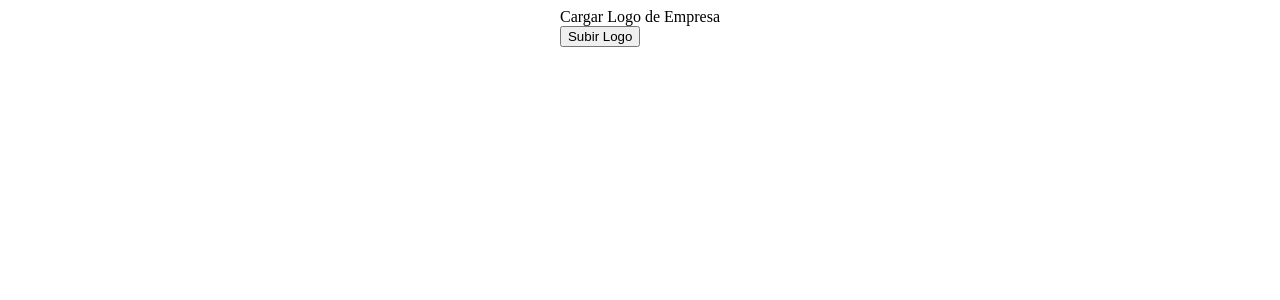
Repository: DeboradorDeMundos/programa_cotizacion
Page: http://localhost/Cotizacion_css_ITred_Spa_/php/nueva_cotizacion/cargar_logo_empresa.php
These files come from the project's save history. The page is drawn as it stood at one moment and after the next save; the edit follows.
The browser window is 1280 px wide. The pictures show the whole page.
The page is run by PHP 8.4 with error messages shown; the project is at /var/www/html/.

Above is the page before, as saved 2024-09-06 11:36:12.

### php/nueva_cotizacion/cargar_logo_empresa.php
<!--
Sitio Web Creado por ITred Spa.
Direccion: Guido Reni #4190
Pedro Agui Cerda - Santiago - Chile
contacto@itred.cl o itred.spa@gmail.com
https://www.itred.cl
Creado, Programado y Diseñado por ITred Spa.
BPPJ
-->

<!-- ------------------------------------------------------------------------------------------------------------
    ------------------------------------- INICIO ITred Spa Cargar Logo.PHP --------------------------------------
    ------------------------------------------------------------------------------------------------------------- -->

<!-- ------------------------
     -- INICIO CONEXION BD --
     ------------------------ -->

     <?php
// Establece la conexión a la base de datos de ITred Spa
$conn = new mysqli('localhost', 'root', '', 'ITredSpa_bd');
?>
<!-- ---------------------
     -- FIN CONEXION BD --
     --------------------- -->


     <?php
// Procesar la subida de la imagen cuando se envía el formulario
$upload_dir = '../../imagenes/cotizacion/'; // Ruta relativa desde el archivo PHP
$empresa_id_foto = null;

if ($_SERVER['REQUEST_METHOD'] === 'POST') {
    if (isset($_FILES['logo_upload']) && $_FILES['logo_upload']['error'] == UPLOAD_ERR_OK) {
        $tmp_name = $_FILES['logo_upload']['tmp_name'];
        $name = basename($_FILES['logo_upload']['name']);

        // Validar el tipo de archivo
        $allowed_types = ['image/jpeg', 'image/png', 'image/gif'];
        if (!in_array($_FILES['logo_upload']['type'], $allowed_types)) {
            die("Error: Tipo de archivo no permitido.");
        }

        $upload_file = $upload_dir . $name;

        // Mover el archivo cargado al directorio de destino
        if (move_uploaded_file($tmp_name, $upload_file)) {
            echo "Imagen subida correctamente.";

            // Insertar la ruta de la foto en la tabla FotosPerfil
            $sql_foto = "INSERT INTO C_FotosPerfil (ruta_foto) VALUES (?)";
            $stmt_foto = $conn->prepare($sql_foto);
            $stmt_foto->bind_param("s", $upload_file);
            if ($stmt_foto->execute()) {
                echo "Foto del perfil insertada correctamente.";
                $empresa_id_foto = $conn->insert_id;
            } else {
                die("Error al insertar la foto del perfil: " . $stmt_foto->error);
            }
            $stmt_foto->close();
        } else {
            die("Error al subir la imagen.");
        }
    } else {
        echo "No se subió una imagen.";
    }
}
?>

<!DOCTYPE html>
<html lang="es">
<head>
    <meta charset="UTF-8">
    <meta name="viewport" content="width=device-width, initial-scale=1.0">
    <title>Subir Logo de Empresa</title>
    <link rel="stylesheet" href="../../css/nueva_cotizacion/cargar_logo_empresa.css"> <!-- Llamada al archivo CSS externo -->
</head>
<body>

<div class="box-6 logo-box">
    <form action="" method="post" enctype="multipart/form-data">
        <label for="logo-upload" class="logo-container">
            <?php if (isset($row['ruta_foto']) && !empty($row['ruta_foto'])): ?>
                <img src="<?php echo htmlspecialchars($row['ruta_foto'], ENT_QUOTES, 'UTF-8'); ?>" alt="Foto de perfil" id="logo-preview" class="logo" onclick="document.getElementById('logo-upload').click();" />
            <?php else: ?>
                <span id="logo-text" onclick="document.getElementById('logo-upload').click();">Cargar Logo de Empresa</span>
            <?php endif; ?>
            <input type="file" id="logo-upload" name="logo_upload" accept="image/*" style="display:none;" onchange="previewImage(event)">
        </label>
        <button type="submit">Subir Logo</button>
    </form>
</div>

<script src="../../js/nueva_cotizacion/cargar_logo_empresa.js"></script> <!-- Llamada al archivo JS externo -->
</body>
</html>




     <!-- ------------------------------------------------------------------------------------------------------------
    -------------------------------------- FIN ITred Spa Cargar Logo .PHP ----------------------------------------
    ------------------------------------------------------------------------------------------------------------- -->

<!--
Sitio Web Creado por ITred Spa.
Direccion: Guido Reni #4190
Pedro Agui Cerda - Santiago - Chile
contacto@itred.cl o itred.spa@gmail.com
https://www.itred.cl
Creado, Programado y Diseñado por ITred Spa.
BPPJ
-->

### css/nueva_cotizacion/cargar_logo_empresa.css

/*
Sitio Web Creado por ITred Spa.
Direccion: Guido Reni #4190
Pedro Agui Cerda - Santiago - Chile
contacto@itred.cl o itred.spa@gmail.com
https://www.itred.cl
Creado, Programado y Diseñado por ITred Spa.
BPPJ
*/


/* --------------------------------------------------------------------------------------------------------------
    -------------------------------------- INICIO ITred Spa Cargar Logo Empresa .CSS --------------------------------------
    ------------------------------------------------------------------------------------------------------------- */
    .row {
        display: flex;
        flex-wrap: wrap;
        margin-bottom: 20px;
      }

    .logo-box {
        display: flex;
        align-items: center;
        justify-content: center;
      }

      .logo-container {
        display: flex;
        align-items: center;
        cursor: pointer;
      }

      .logo {
        max-width: 300px;
        height: auto;
        margin-right: 10px;
      }


/* --------------------------------------------------------------------------------------------------------------
    ---------------------------------------- FIN ITred Spa Cargar Logo Empresa .CSS ---------------------------------------
    ------------------------------------------------------------------------------------------------------------- */


/*
Sitio Web Creado por ITred Spa.
Direccion: Guido Reni #4190
Pedro Agui Cerda - Santiago - Chile
contacto@itred.cl o itred.spa@gmail.com
https://www.itred.cl
Creado, Programado y Diseñado por ITred Spa.
BPPJ
*/

### js/nueva_cotizacion/cargar_logo_empresa.js

/*
Sitio Web Creado por ITred Spa.
Direccion: Guido Reni #4190
Pedro Agui Cerda - Santiago - Chile
contacto@itred.cl o itred.spa@gmail.com
https://www.itred.cl
Creado, Programado y Diseñado por ITred Spa.
BPPJ
*/


/* --------------------------------------------------------------------------------------------------------------
    -------------------------------------- INICIO ITred Spa Cargar Logo Empresa .JS --------------------------------------
    ------------------------------------------------------------------------------------------------------------- */


    function previewImage(event) {
        var reader = new FileReader();
        reader.onload = function(){
            var output = document.getElementById('logo-preview');
            output.src = reader.result;
            output.style.display = 'block';
            document.getElementById('logo-text').style.display = 'none';
        }
        reader.readAsDataURL(event.target.files[0]);
    }


/* --------------------------------------------------------------------------------------------------------------
    ---------------------------------------- FIN ITred Spa Cargar Logo Empresa .JS ---------------------------------------
    ------------------------------------------------------------------------------------------------------------- */


/*
Sitio Web Creado por ITred Spa.
Direccion: Guido Reni #4190
Pedro Agui Cerda - Santiago - Chile
contacto@itred.cl o itred.spa@gmail.com
https://www.itred.cl
Creado, Programado y Diseñado por ITred Spa.
BPPJ
*/

After the next save:
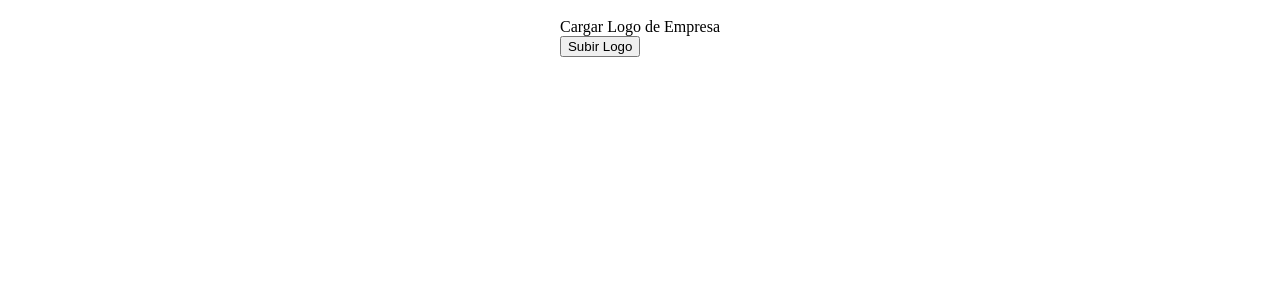
Saved 37 s later.
--- a/css/nueva_cotizacion/cargar_logo_empresa.css
+++ b/css/nueva_cotizacion/cargar_logo_empresa.css
@@ -13,6 +13,17 @@ BPPJ
 /* --------------------------------------------------------------------------------------------------------------
     -------------------------------------- INICIO ITred Spa Cargar Logo Empresa .CSS --------------------------------------
     ------------------------------------------------------------------------------------------------------------- */
+    .box-6,
+    .box-12 {
+      display: flex;
+      flex-direction: column;
+    }
+
+    .box-6 {
+      flex: 1;
+      padding: 10px;
+    }
+
     .row {
         display: flex;
         flex-wrap: wrap;
